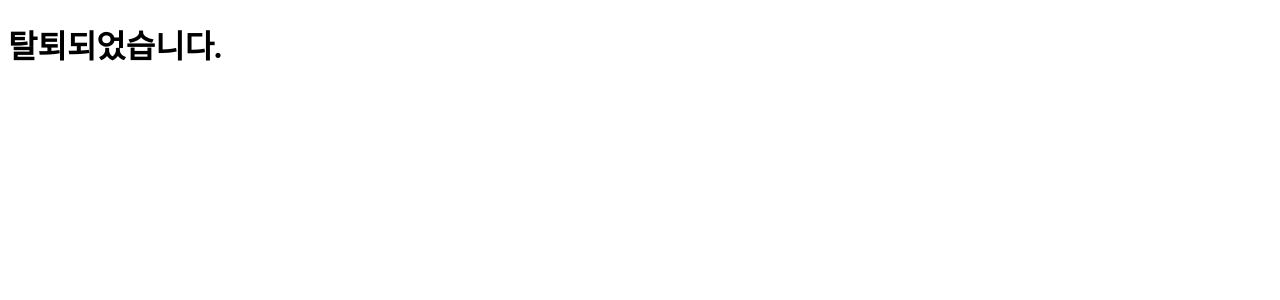
Repository: yangchunsick/JSPstudy
Page: http://localhost/ServerProgram/views/deletesuccess.jsp
These files come from the project's save history. The page is drawn as it stood at one moment and after the next save; the edit follows.
The browser window is 1280 px wide. The pictures show the whole page.
The page is served by Tomcat 9.

Above is the page before, as saved 2021-11-16 08:32:43.

After the next save:
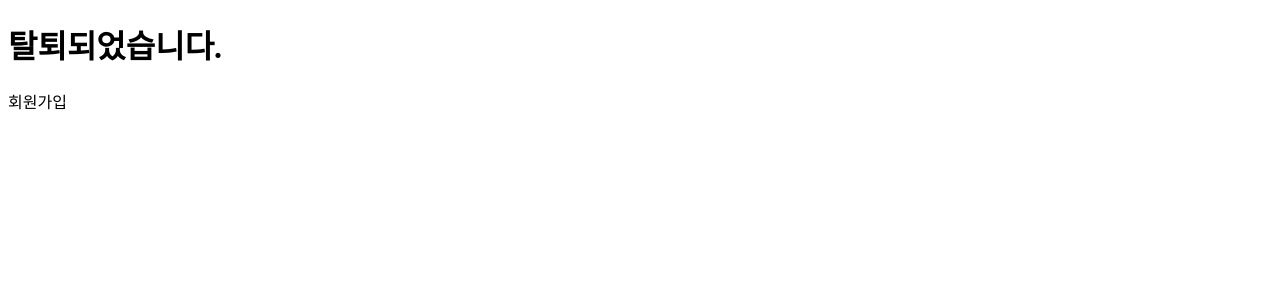
Saved 7 s later.
--- a/worksapce/ServerProgram/WebContent/views/deletesuccess.jsp
+++ b/worksapce/ServerProgram/WebContent/views/deletesuccess.jsp
@@ -8,5 +8,6 @@
 </head>
 <body>
 <h1>탈퇴되었습니다.</h1>
+<a>회원가입</a>
 </body>
 </html>
